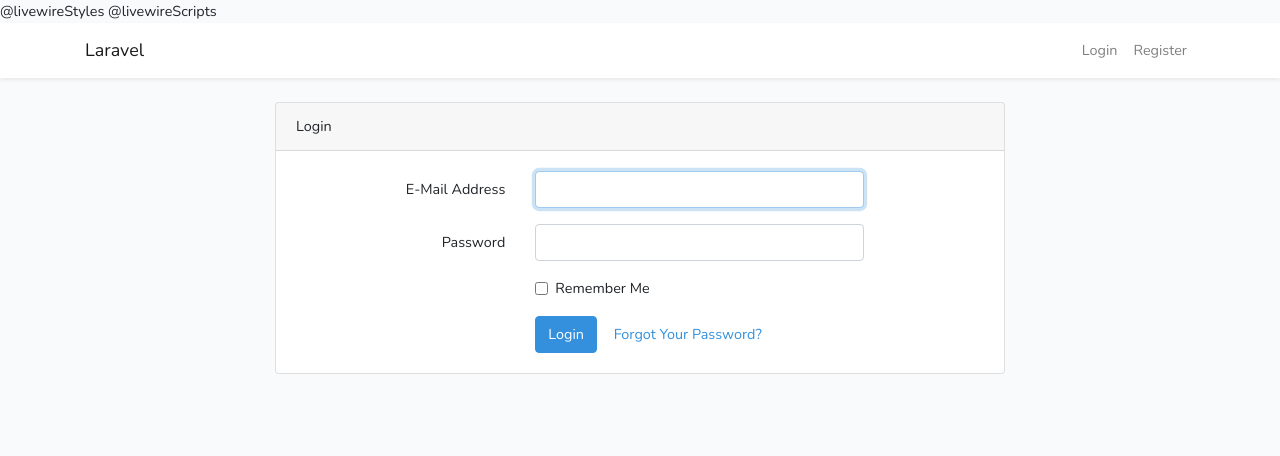
Repository: mohamedelbadawi/chatty
Page: http://localhost/login
These files come from the project's save history. The page is drawn as it stood at one moment and after a run of saves; the edit follows.
The browser window is 1280 px wide. The pictures show the whole page.
The page is served by the project's Laravel application, run on PHP 8.4 with Laravel 8.

Above is the page before, as saved 2021-10-03 10:49:15.

After the next 2 saves:
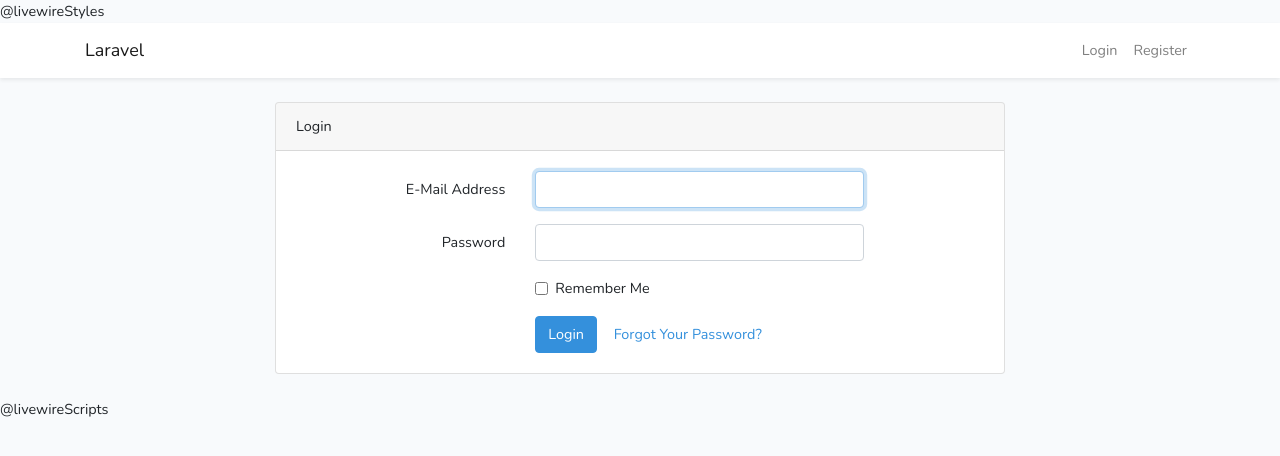
The 2 saves are shown as one change because they came seconds apart.
The last was saved 16 s later.
--- a/resources/views/layouts/app.blade.php
+++ b/resources/views/layouts/app.blade.php
@@ -24,7 +24,6 @@
 </head>
 
 <body>
-    @livewireScripts
     <div id="app">
         <nav class="navbar navbar-expand-md navbar-light bg-white shadow-sm">
             <div class="container">
@@ -67,7 +66,7 @@
 
                                 <div class="dropdown-menu dropdown-menu-right" aria-labelledby="navbarDropdown">
                                     <a class="dropdown-item" href="{{ route('logout') }}" onclick="event.preventDefault();
-                                                         document.getElementById('logout-form').submit();">
+                                                             document.getElementById('logout-form').submit();">
                                         {{ __('Logout') }}
                                     </a>
 
@@ -87,6 +86,8 @@
             @yield('content')
         </main>
     </div>
+    @livewireScripts
+
 </body>
 
 </html>
